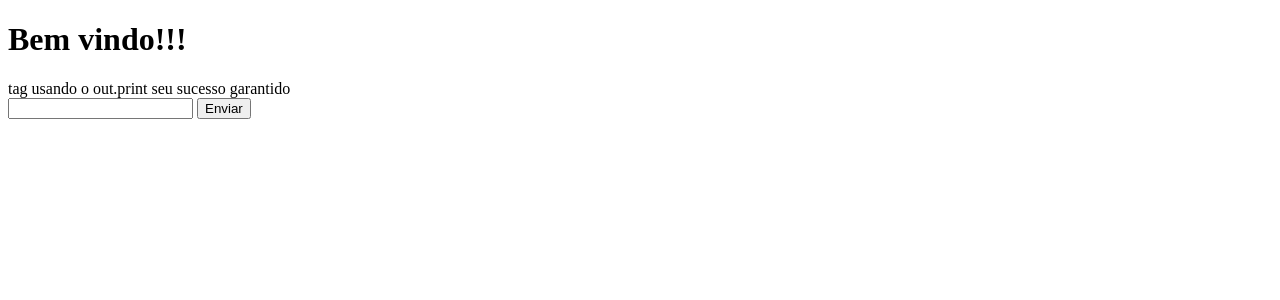
Repository: ClaytonEduard/cursojdev
Page: http://localhost/curso-jsp/
An editor plug-in stored every save of this project. The page is shown before and after a run of saves, followed by the edit.
The browser window is 1280 px wide. The pictures show the whole page.
The page is served by Tomcat 9.

Above is the page before, as saved 2020-06-17 15:29:44.

### curso-jsp/WebContent/index.jsp
<?xml version="1.0" encoding="ISO-8859-1" ?>
<%@ page language="java" contentType="text/html; charset=ISO-8859-1"
    pageEncoding="ISO-8859-1"%>
<!DOCTYPE html PUBLIC "-//W3C//DTD XHTML 1.0 Transitional//EN" "http://www.w3.org/TR/xhtml1/DTD/xhtml1-transitional.dtd">
<html xmlns="http://www.w3.org/1999/xhtml">
<head>
<meta http-equiv="Content-Type" content="text/html; charset=ISO-8859-1" />
<title>Insert title here</title>
</head>
<body>
 <h1>Bem vindo!!!</h1>

 tag usando o out.print
 <%= "seu sucesso garantido" %>



 <form action="receber-nome.jsp">

 <input type="text" id="nome" name="nome"></input>
  <input type="submit" value="Enviar"> </input>
 </form>
</body>
</html>

After the next 2 saves:
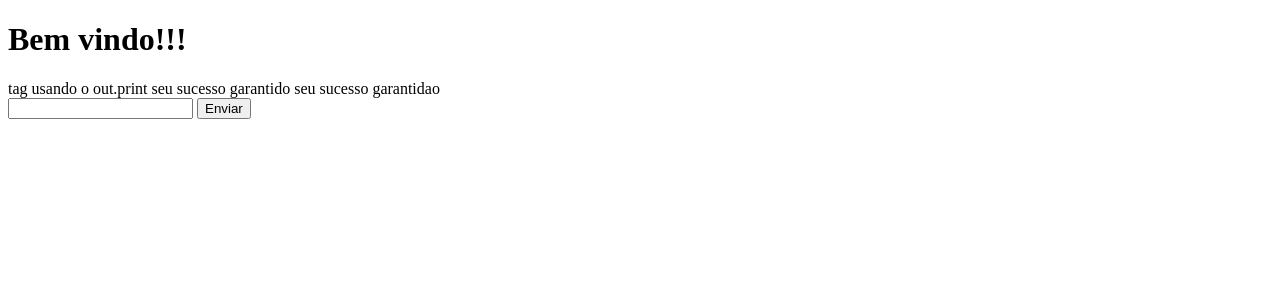
The 2 saves are shown as one change because they came seconds apart.
The last was saved 31 s later.
--- a/curso-jsp/WebContent/index.jsp
+++ b/curso-jsp/WebContent/index.jsp
@@ -11,9 +11,10 @@
  <h1>Bem vindo!!!</h1>
 
  tag usando o out.print
- <%= "seu sucesso garantido" %>
+ <% out.print("seu sucesso garantido");
+ %>
 
-
+ <%="seu sucesso garantidao" %>
 
  <form action="receber-nome.jsp">
 
